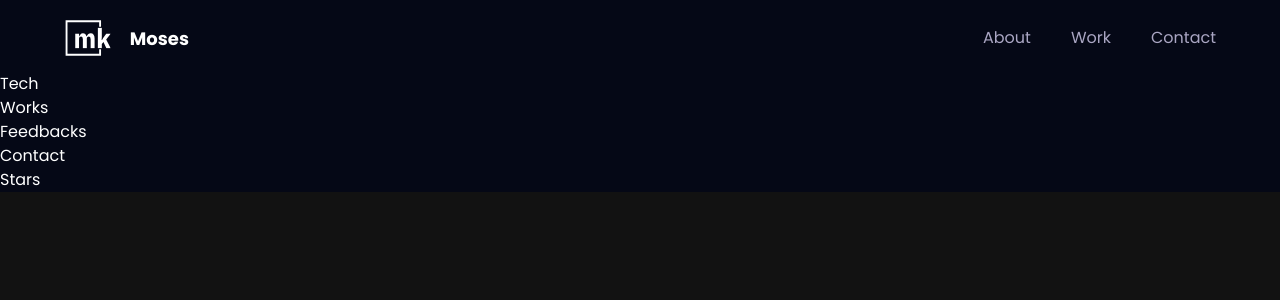
Repository: mosesvk/Portfolio_23
Page: /
The author's editor kept a copy of each file at every save. The page is drawn from the files as they stood at one save, then again after the next save.
The browser window is 1280 px wide. The pictures show the whole page.
The project was rebuilt for these pictures with package versions that can differ from the ones it lists, and the page was loaded fresh each time. Also part of the build but not shown: next.config.js, vite.config.js, src/components/canvas/Earth.jsx, src/components/canvas/Ball.jsx, src/components/canvas/Computers.jsx.

Above is the page before, as saved 2023-04-24 16:50:20.

After the next save:
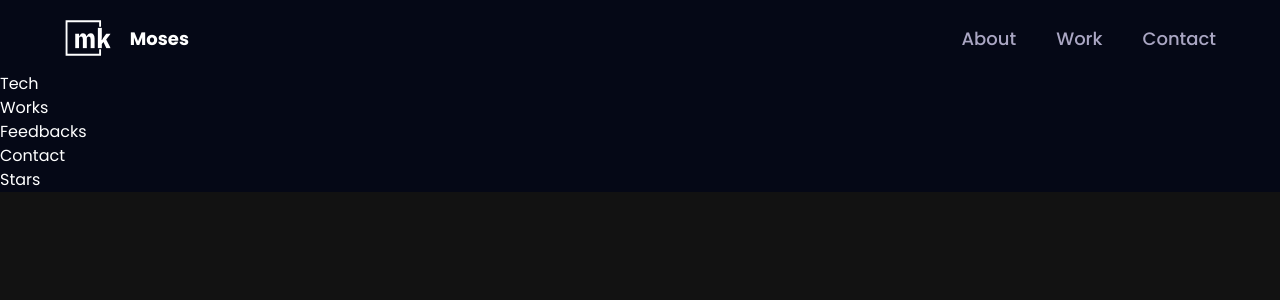
Saved 68 s later.
--- a/src/components/Navbar.jsx
+++ b/src/components/Navbar.jsx
@@ -29,7 +29,7 @@
         </Link>
         <ul className='list-none hidden sm:flex flex-row gap-10'>
           {navLinks.map((link) => (
-            <li key={link.id} className={`${active === link.title ? 'text-white' : 'text-secondary'}`}>
+            <li key={link.id} className={`${active === link.title ? 'text-white' : 'text-secondary'} hover:text-white text-[18px] font-medium cursor-pointer`} onClick={() => setActive(link.title)}>
               <a href={`#${link.id}`}>{link.title}</a>
             </li>
           ))}
